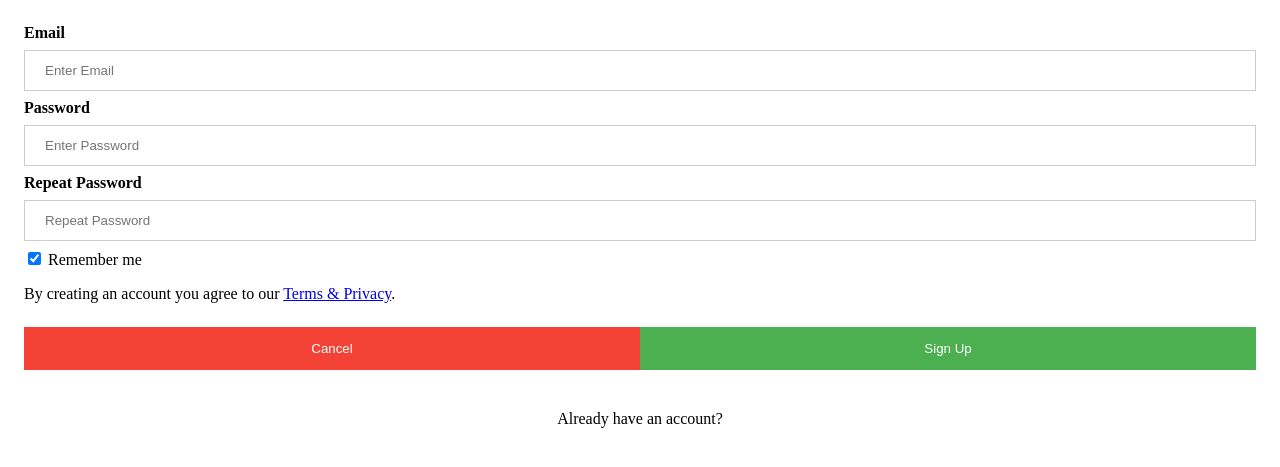
Repository: TheMadCoder1/hw-balancer
Page: HW/signup.html
The author's editor kept a record of every edit. The page is drawn from the files as they stood at one moment, then again after the next edit.
The browser window is 1280 px wide. The pictures show the whole page.

Above is the page before.

After the next edit:
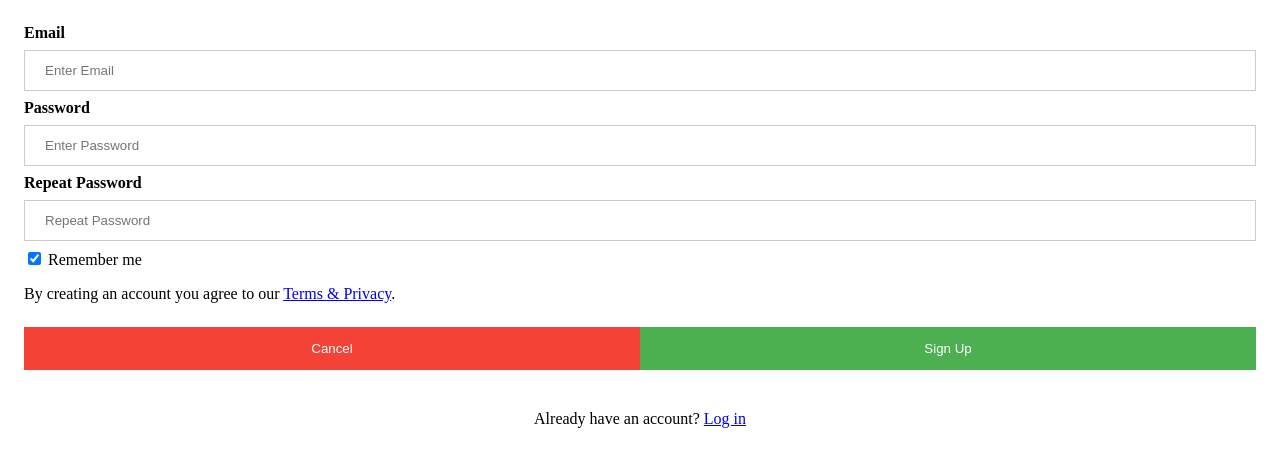
The edit:
--- a/HW/signup.html
+++ b/HW/signup.html
@@ -23,7 +23,7 @@
   </div>
 </form>
     <div id="login">
-        <p>Already have an account? <!--<a href="login.html">Log in</a>--></p>
+        <p>Already have an account? <a href="login.html">Log in</a></p>
     </div>
     </body>
 </html>
